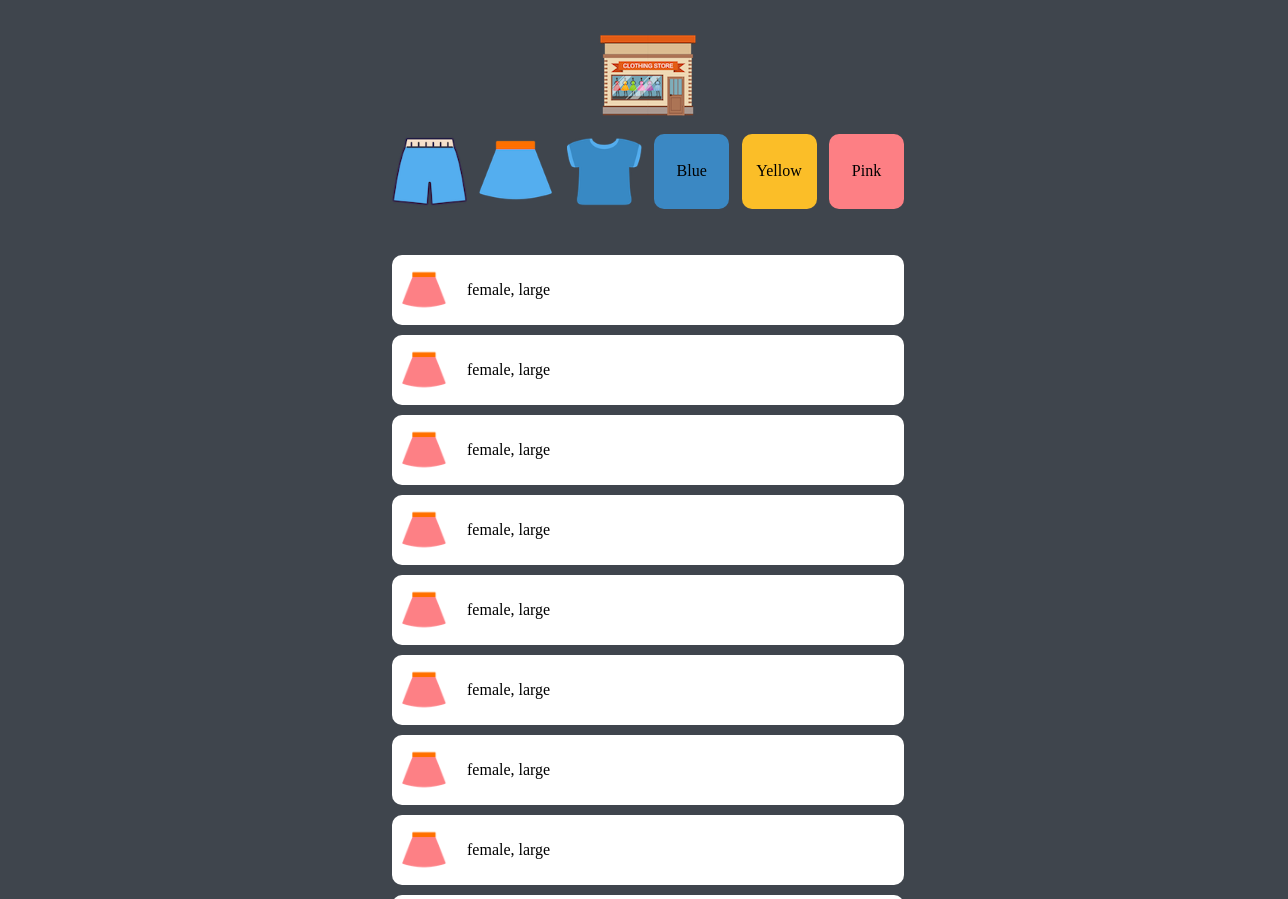
Repository: Jay-JYKim91/elle-shopping-mall
Page: index.html
These files come from the project's save history. The page is drawn as it stood at one moment and after the next save; the edit follows.
The browser window is 1280 px wide. The page is 1288 px wide, so the pictures cover 1288 px, including what lies to the right of the window. The pictures show the whole page.
An inner scrolling area shows only its first screen.

Above is the page before, as saved 2021-07-26 19:46:08.

### index.html
<!DOCTYPE html>
<html lang="en">
  <head>
    <meta charset="UTF-8" />
    <meta name="viewport" content="width=device-width, initial-scale=1.0" />
    <title>Online Shopping</title>
    <link rel="stylesheet" href="style.css" />
    <script src="src/main.js" defer></script>
  </head>
  <body>
    <div class="container">
      <div class="logo">
        <img src="./img/logo.png" alt="logo">
      </div>
      <div class="options">
        <img src="./img/blue_p.png" alt="blue pants">
        <img src="./img/blue_s.png" alt="blue skirt">
        <img src="./img/blue_t.png" alt="blue t-shirt">
        <div class="color-box blue"><p>Blue</p></div>
        <div class="color-box yellow"><p>Yellow</p></div>
        <div class="color-box pink"><p>Pink</p></div>
      </div>
      <div class="lists">
        <ul>
          <li class="list">
            <img src="./img/pink_s.png" alt="">
            <div class="description">
              <p>female, large</p>
            </div>
          </li>
          <li class="list">
            <img src="./img/pink_s.png" alt="">
            <div class="description">
              <p>female, large</p>
            </div>
          </li>
          <li class="list">
            <img src="./img/pink_s.png" alt="">
            <div class="description">
              <p>female, large</p>
            </div>
          </li>
          <li class="list">
            <img src="./img/pink_s.png" alt="">
            <div class="description">
              <p>female, large</p>
            </div>
          </li>
          <li class="list">
            <img src="./img/pink_s.png" alt="">
            <div class="description">
              <p>female, large</p>
            </div>
          </li>
          <li class="list">
            <img src="./img/pink_s.png" alt="">
            <div class="description">
              <p>female, large</p>
            </div>
          </li>
          <li class="list">
            <img src="./img/pink_s.png" alt="">
            <div class="description">
              <p>female, large</p>
            </div>
          </li>
          <li class="list">
            <img src="./img/pink_s.png" alt="">
            <div class="description">
              <p>female, large</p>
            </div>
          </li>
          <li class="list">
            <img src="./img/pink_s.png" alt="">
            <div class="description">
              <p>female, large</p>
            </div>
          </li>
          <li class="list">
            <img src="./img/pink_s.png" alt="">
            <div class="description">
              <p>female, large</p>
            </div>
          </li>
          <li class="list">
            <img src="./img/pink_s.png" alt="">
            <div class="description">
              <p>female, large</p>
            </div>
          </li>
        </ul>
      </div>
    </div>
  </body>
</html>

### style.css
:root {
  /* color */
  --color-black: #3f454d;
  --color-white: #ffffff;
  --color-blue: #3b88c3;
  --color-yellow: #fbbe28;
  --color-pink: #fd7f84;
  --color-light-grey: #dfdfdf;
}

* {
  box-sizing: border-box;
}
body {
  background-color: var(--color-black);
  height: 90vh;
  width: 100vw;
}
.container {
  text-align: center;
  width: 40vw;
  height: 70vh;
  margin: 30px auto;
}
.options {
  display: flex;
  justify-content: space-between;
}
.options img {
  width: 75px;
  height: 75px;
}
.color-box {
  width: 75px;
  height: 75px;
  text-align: center;
  border-radius: 10px;
}
.color-box p {
  margin: 28px 0;
}
.blue {
  background-color: var(--color-blue);
}
.yellow {
  background-color: var(--color-yellow);
}
.pink {
  background-color: var(--color-pink);
}
.lists {
  height: 660px;
  overflow-y: scroll;
  padding: 0;
  margin-top: 30px;
}
.lists::-webkit-scrollbar {
  display: none;
}
ul {
  list-style: none;
  padding: 0;
}
.list {
  background-color: var(--color-white);
  width: 100%;
  padding: 10px;
  display: flex;
  align-items: center;
  margin-top: 10px;
  border-radius: 10px;
}
.list img {
  width: 45px;
  height: 45px;
  margin-right: 20px;
}

Loaded but not shown: src/main.js (no copy from this time; the picture is the same without it)

After the next save:
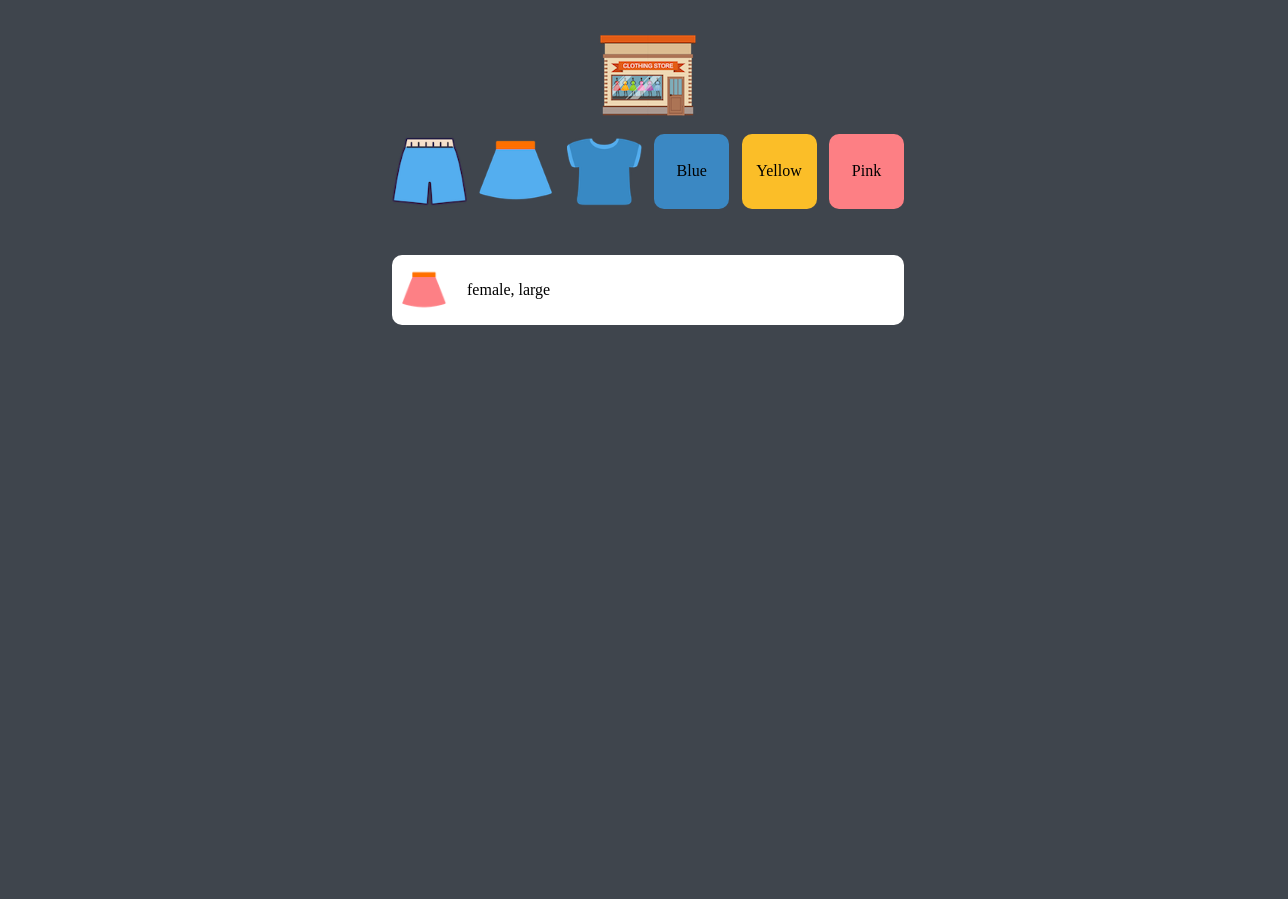
Saved 27 s later.
--- a/index.html
+++ b/index.html
@@ -28,66 +28,6 @@
               <p>female, large</p>
             </div>
           </li>
-          <li class="list">
-            <img src="./img/pink_s.png" alt="">
-            <div class="description">
-              <p>female, large</p>
-            </div>
-          </li>
-          <li class="list">
-            <img src="./img/pink_s.png" alt="">
-            <div class="description">
-              <p>female, large</p>
-            </div>
-          </li>
-          <li class="list">
-            <img src="./img/pink_s.png" alt="">
-            <div class="description">
-              <p>female, large</p>
-            </div>
-          </li>
-          <li class="list">
-            <img src="./img/pink_s.png" alt="">
-            <div class="description">
-              <p>female, large</p>
-            </div>
-          </li>
-          <li class="list">
-            <img src="./img/pink_s.png" alt="">
-            <div class="description">
-              <p>female, large</p>
-            </div>
-          </li>
-          <li class="list">
-            <img src="./img/pink_s.png" alt="">
-            <div class="description">
-              <p>female, large</p>
-            </div>
-          </li>
-          <li class="list">
-            <img src="./img/pink_s.png" alt="">
-            <div class="description">
-              <p>female, large</p>
-            </div>
-          </li>
-          <li class="list">
-            <img src="./img/pink_s.png" alt="">
-            <div class="description">
-              <p>female, large</p>
-            </div>
-          </li>
-          <li class="list">
-            <img src="./img/pink_s.png" alt="">
-            <div class="description">
-              <p>female, large</p>
-            </div>
-          </li>
-          <li class="list">
-            <img src="./img/pink_s.png" alt="">
-            <div class="description">
-              <p>female, large</p>
-            </div>
-          </li>
         </ul>
       </div>
     </div>
